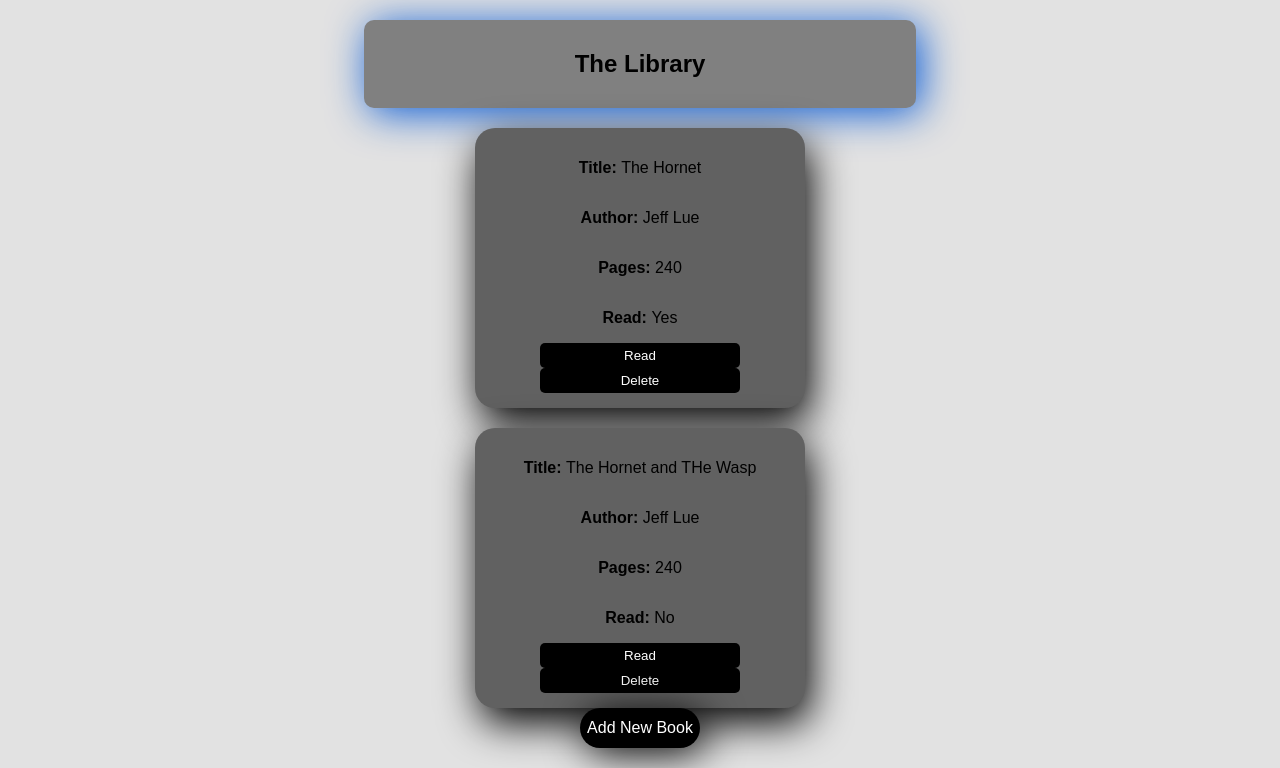
Repository: ErvinClay13/Library
Page: index.html
An editor plug-in stored every save of this project. The page is shown before and after the next save, followed by the edit.
The browser window is 1280 px wide. The pictures show the whole page.

Above is the page before, as saved 2025-01-11 05:08:04.

### index.html
<!DOCTYPE html>
<html lang="en">
<head>
    <meta charset="UTF-8">
    <meta name="viewport" content="width=device-width, initial-scale=1.0">
    <link rel="stylesheet" href="style.css">
    <link
      rel="icon"
      type="image/png"
      sizes="32x32"
      href="images/myLogo.png"
    />
    <title>The Library</title>
</head>
<body>
    <div class="container">
        <div class="heading">
            <h2>The Library</h2>
        </div>

            <div class="content" id="content"></div>

            <dialog id="myDialog">
                <div class="input">
                <form method="dialog" id="form">
                    <label for="title">Title</label>
                    <input type="text"
                           id="title"
                           name="title"
                           required>

                    <label for="author">Author</label>
                    <input type="text"
                           id="author"
                           name="author"
                           required>

                    <label for="pages">Pages</label>
                    <input type="number"
                           id="pages"
                           name="pages"
                           required>

                    <label for="read">Read</label>
                    <input type="checkbox"
                           name="read"
                           id="isRead">

                    <button type="submit" id="submit">Submit</button>
                    <div class="cancel" id="cancel">Cancel</div>


                </form>
            </div>
        </dialog>
        <footer><button id="addBook">Add New Book</button></footer>
    </div>

    <script src="script.js"></script>
</body>
</html>

### style.css
body {
    display: flex;
    justify-content: center;
    align-items: center;
    flex-direction: column;
    /* background-color: white; */
    background-color: rgb(226, 226, 226);
    margin: 0;
    font-family: Arial, sans-serif;
}

.container {
    display: flex;
    flex-direction: column;
    align-items: center;
    padding: 20px;
}

.heading {
    display: flex;
    justify-content: space-between;
    justify-content: center;
    background-color: gray;
    /* background-color: #42669df5; */
    box-shadow: 5px 5px 40px #0055d4f5;
    width: 100%;
    max-width: 800px;
    padding: 10px 20px;
    border-radius: 10px;
    margin-bottom: 20px;
}

#addBook {
    /* background-color: #03409af5; */
    background-color: black;
    box-shadow: 5px 5px 40px black;
    height: 40px;
    width: 120px;
    border-radius: 20px;
    border: none;
    font-size: 16px;
    color: white;
    cursor: pointer;
}

#addBook:hover {
    transform: scale(1.1);
    box-shadow: 2px 5px 40px black;
}

#content {
    display: flex;
    flex-wrap: wrap;
    gap: 20px;
    justify-content: center;
    width: 100%;
}

.card {
    display: flex;
    flex-direction: column;
    justify-content: space-between;
    text-align: center;
    border-radius: 20px;
    padding: 15px;
    /* background-color: #42669df5; */
    background-color: rgb(97, 97, 97);
    width: 100%;
    max-width: 300px;
    /* box-shadow: 5px 15px 40px #0055d4f5; */
    box-shadow: 5px 15px 40px black;
    align-items: center;
}

.card-details {
    margin-bottom: 10px;
}

.read, .delete {
    flex: 1;
    padding: 5px 10px;
    border: none;
    border-radius: 5px;
    color: white;
    background-color: black;
    /* background-color: #03409af5; */
    cursor: pointer;
    width: 200px;
}

.read:hover, .delete:hover {
    background-color: #254a81f5;
}

.read:active, .delete:active {
    background-color: #42669df5;
}

dialog {
    background-color: #fefefe;
    padding: 20px;
    border: none;
    border-radius: 10px;
    box-shadow: 0px 5px 15px rgba(0, 0, 0, 0.5);
}

form {
    display: flex;
    flex-direction: column;
    gap: 10px;
}

input[type="text"], input[type="number"] {
    padding: 5px;
    border-radius: 5px;
    border: 1px solid #ccc;
}

button {
    cursor: pointer;
}

/* Responsive Styles */
@media (max-width: 768px) {
    .heading {
        flex-direction: column;
        align-items: center;
    }

    #content {
        gap: 15px;
    }

    .card {
        max-width: 100%;
    }
}

### script.js
const dialog = document.getElementById('myDialog');
const form = document.getElementById('form');
const content = document.getElementById('content');
const submit = document.getElementById('submit');
const addBook = document.getElementById('addBook');
const cancel = document.getElementById('cancel');

const myLibrary = [];

const theHornet = new Book('The Hornet', 'Jeff Lue', 240, true);
const theHornetAndTheWasp = new Book('The Hornet and THe Wasp', 'Jeff Lue', 240, false);

myLibrary.push(theHornet);
myLibrary.push(theHornetAndTheWasp);


function Book(title, author, pages, read) {
    this.title = title;
    this.author = author;
    this.pages = pages;
    this.read = read;
}

Book.prototype.info = function() {
    return `${this.title} ${this.author} ${this.pages} ${this.read}`;
}


Book.prototype.toggleRead = function() {
    this.read = !this.read;
}



addBook.addEventListener("click", () => {
    dialog.showModal();
});

cancel.addEventListener("click", () => {
    dialog.close();
});

submit.addEventListener("click", (event) => {
    event.preventDefault();

    const title = document.getElementById('title').value;
    const author = document.getElementById('author').value;
    const pages = document.getElementById('pages').value;
    const read = document.getElementById('isRead').checked;

    const newBook = new Book(title, author, pages, read);
    myLibrary.push(newBook);

    form.reset();
    showBooks();
    dialog.close();
});

function showBooks() {

    content.innerHTML = '';

    myLibrary.forEach((book, index) => {                   //going through the array myLibrary
        const card = document.createElement('div');        //creating a new card for each book created through the modal
        card.classList.add('card');                        //adding card to the class

        card.innerHTML =                                      //creating the text that will be displayed on the card
            `<p><strong>Title: </strong>${book.title}</p>
             <p><strong>Author: </strong>${book.author}</p>
             <p><strong>Pages: </strong>${book.pages}</p>
             <p><strong>Read: </strong>${book.read ? 'Yes' : 'No'}</p>`;   //using the user input to create the new book on the card

        const deleteBtn = document.createElement('button');
        deleteBtn.classList.add('delete');
        deleteBtn.textContent = ('Delete');

        deleteBtn.addEventListener("click", () => {
            myLibrary.splice(index, 1);
            showBooks();
        });

        const read = document.createElement('button');
        read.classList.add('read');
        read.textContent = ('Read');

        read.addEventListener("click", () => {
            book.toggleRead();
            showBooks();
        });

        card.appendChild(read);
        card.appendChild(deleteBtn);
        content.appendChild(card);


    })
}

showBooks();

After the next save:
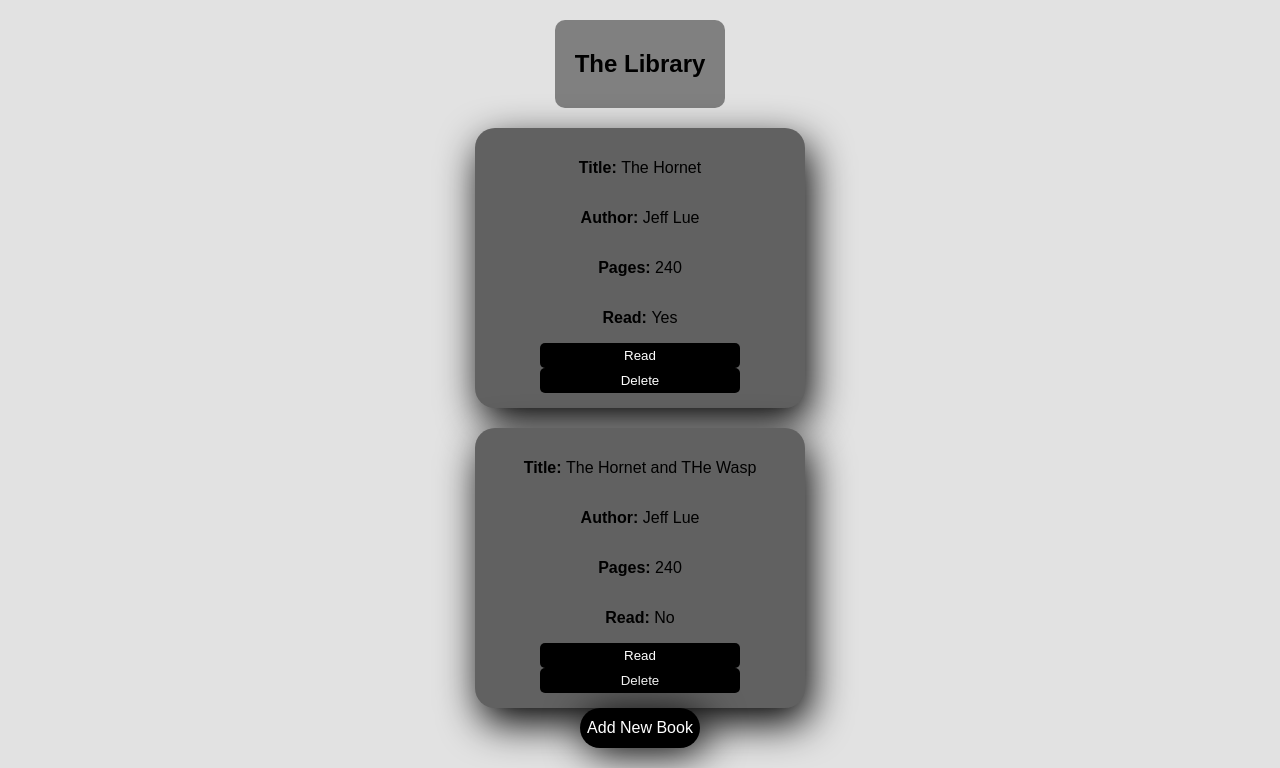
Saved 11 s later.
--- a/style.css
+++ b/style.css
@@ -22,7 +22,7 @@ body {
     justify-content: center;
     background-color: gray;
     /* background-color: #42669df5; */
-    box-shadow: 5px 5px 40px #0055d4f5;
+    box-shadow: 5px 5px 40px black
     width: 100%;
     max-width: 800px;
     padding: 10px 20px;
